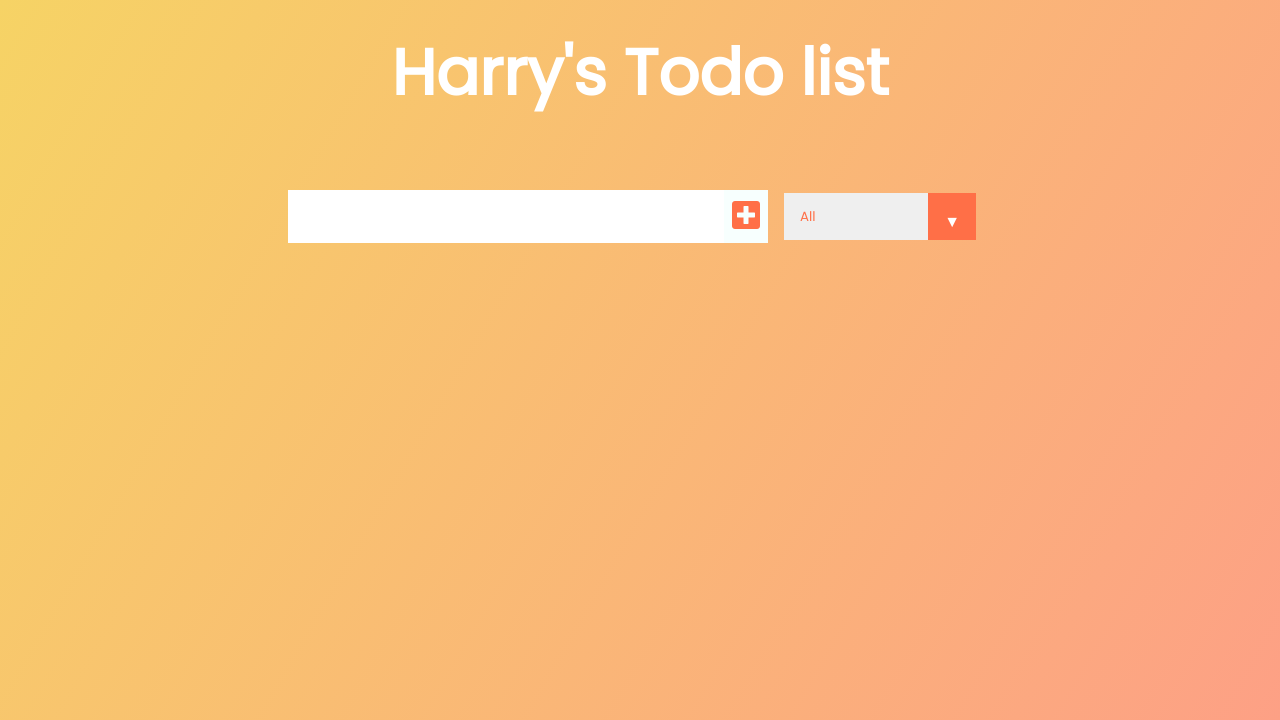
Repository: qqharry21/react-todo-app-v2
Page: /
These files come from the project's save history. The page is drawn as it stood at one moment and after the next save; the edit follows.
The browser window is 1280 px wide. The pictures show the whole page.
Some web libraries are served in a nearby version. The project was rebuilt for these pictures with package versions that can differ from the ones it lists, and the page was loaded fresh each time. Also part of the build but not shown: src/components/Todo.js.

Above is the page before, as saved 2021-12-20 01:28:21.

### public/index.html
<!-- @format -->

<!DOCTYPE html>
<html lang="en">
  <head>
    <meta charset="utf-8" />
    <link rel="icon" href="%PUBLIC_URL%/favicon.ico" />
    <meta name="viewport" content="width=device-width, initial-scale=1" />
    <meta name="theme-color" content="#000000" />
    <meta name="description" content="React simple todo app project" />
    <link rel="apple-touch-icon" href="%PUBLIC_URL%/logo192.png" />
    <!--
      manifest.json provides metadata used when your web app is installed on a
      user's mobile device or desktop. See https://developers.google.com/web/fundamentals/web-app-manifest/
    -->
    <link rel="manifest" href="%PUBLIC_URL%/manifest.json" />
    <link href="https://fonts.googleapis.com/css?family=Poppins&display=swap" rel="stylesheet" />
    <link
      rel="stylesheet"
      href="https://cdnjs.cloudflare.com/ajax/libs/font-awesome/5.12.1/css/all.min.css"
      integrity="sha256-mmgLkCYLUQbXn0B1SRqzHar6dCnv9oZFPEC1g1cwlkk="
      crossorigin="anonymous"
    />
    <!--
      Notice the use of %PUBLIC_URL% in the tags above.
      It will be replaced with the URL of the `public` folder during the build.
      Only files inside the `public` folder can be referenced from the HTML.

      Unlike "/favicon.ico" or "favicon.ico", "%PUBLIC_URL%/favicon.ico" will
      work correctly both with client-side routing and a non-root public URL.
      Learn how to configure a non-root public URL by running `npm run build`.
    -->
    <title>React todo app</title>
  </head>
  <body>
    <noscript>You need to enable JavaScript to run this app.</noscript>
    <div id="root"></div>
    <!--
      This HTML file is a template.
      If you open it directly in the browser, you will see an empty page.

      You can add webfonts, meta tags, or analytics to this file.
      The build step will place the bundled scripts into the <body> tag.

      To begin the development, run `npm start` or `yarn start`.
      To create a production bundle, use `npm run build` or `yarn build`.
    -->
  </body>
</html>

### src/index.js
/** @format */

import React from 'react';
import ReactDOM from 'react-dom';
import App from './App';

ReactDOM.render(
  <React.StrictMode>
    <App />
  </React.StrictMode>,
  document.getElementById('root')
);

### src/App.js
/** @format */
import React, { useState } from 'react';

import './App.css';
import Form from './components/Form';
import TodoList from './components/TodoList';

function App() {
  const [inputText, setInputText] = useState('');
  const [todoList, setTodoList] = useState([]);
  const [status, setStatus] = useState('all');
  const [filterTodoList, setFilterTodoList] = useState([]);

  const filterHandler = () => {
    switch (status) {
      case 'completed':
        setFilterTodoList(todoList.filter(todo => todo.complete === true));
        break;
      case 'uncompleted':
        setFilterTodoList(todoList.filter(todo => todo.complete === false));
        break;
      default:
        setFilterTodoList(todoList);
        break;
    }
  };
  return (
    <div className='App'>
      <header>
        <h1>Harry's Todo list</h1>
      </header>
      <Form
        inputText={inputText}
        setInputText={setInputText}
        todoList={todoList}
        setTodoList={setTodoList}
        setStatus={setStatus}
        filterHandler={filterHandler}
      />
      <TodoList todoList={todoList} setTodoList={setTodoList} />
    </div>
  );
}

export default App;

### src/App.css
/** @format */

* {
  margin: 0;
  padding: 0;
  box-sizing: border-box;
}
body {
  background-image: linear-gradient(120deg, #f6d365 0%, #fda085 100%);
  color: white;
  font-family: 'Poppins', sans-serif;
  min-height: 100vh;
}
header {
  font-size: 2rem;
}

header,
form {
  min-height: 20vh;
  display: flex;
  justify-content: center;
  align-items: center;
}
form input,
form button {
  padding: 0.5rem;
  font-size: 2rem;
  border: none;
  background: white;
}
form button {
  color: #ff6f47;
  background: #f7fffe;
  cursor: pointer;
  transition: all 0.3s ease;
}
form button:hover {
  background: #ff6f47;
  color: white;
}
.todo-container {
  display: flex;
  justify-content: center;
  align-items: center;
}

.todo-list {
  min-width: 30%;
  list-style: none;
}

.todo {
  margin: 0.5rem;
  background: white;
  font-size: 1.5rem;
  color: black;
  display: flex;
  justify-content: space-between;
  align-items: center;
  transition: all 1s ease;
}
.filter-todo {
  padding: 1rem;
}
.todo li {
  flex: 1;
}

.trash-btn,
.complete-btn {
  background: #ff6f47;
  color: white;
  border: none;
  padding: 1rem;
  cursor: pointer;
  font-size: 1rem;
}
.complete-btn {
  background: rgb(11, 212, 162);
}
.todo-item {
  padding: 0rem 0.5rem;
}

.fa-trash,
.fa-check {
  pointer-events: none;
}

.fall {
  transform: translateY(10rem) rotateZ(20deg);
  opacity: 0;
}

.completed {
  text-decoration: line-through;
  opacity: 0.5;
}

/*CUSTOM SELECTOR */
select {
  -webkit-appearance: none;
  -moz-appearance: none;
  -ms-appearance: none;
  appearance: none;
  outline: 0;
  box-shadow: none;
  border: 0 !important;
  background-image: none;
}

/* Custom Select */
.select {
  margin: 1rem;
  position: relative;
  overflow: hidden;
}
select {
  color: #ff6f47;
  font-family: 'Poppins', sans-serif;
  cursor: pointer;
  width: 12rem;
}
/* Arrow */
.select::after {
  content: '\25BC';
  position: absolute;
  top: 0;
  right: 0;
  padding: 1rem;
  background: #ff6f47;
  cursor: pointer;
  pointer-events: none;
}
/* Transition */
/*
.select:hover::after {
  transform: scale(1.5);
}
*/

### src/components/Form.js
/** @format */

import React from 'react';

const Form = ({ inputText, setInputText, todoList, setTodoList, setStatus }) => {
  const inputHandler = e => {
    setInputText(e.target.value);
  };

  const submitHandler = e => {
    e.preventDefault();
    setTodoList(prevTodo => [
      ...prevTodo,
      {
        text: inputText,
        complete: false,
        id: Math.random() * 1000,
      },
    ]);
    setInputText('');
  };
  const statusHandler = e => {
    setStatus(e.target.value);
  };
  return (
    <form>
      <input type='text' className='todo-input' onChange={inputHandler} value={inputText} />
      <button className='todo-button' type='submit' onClick={submitHandler}>
        <i className='fas fa-plus-square'></i>
      </button>
      <div className='select'>
        <select name='todos' className='filter-todo' onChange={statusHandler}>
          <option value='all'>All</option>
          <option value='completed'>Completed</option>
          <option value='uncompleted'>Uncompleted</option>
        </select>
      </div>
    </form>
  );
};

export default Form;

### src/components/TodoList.js
/** @format */

import React from 'react';
import Todo from './Todo';

const TodoList = ({ todoList, setTodoList }) => {
  return (
    <div className='todo-container'>
      <ul className='todo-list'>
        {todoList.map(todo => {
          return <Todo key={todo.id} todo={todo} setTodoList={setTodoList} todoList={todoList} />;
        })}
      </ul>
    </div>
  );
};

export default TodoList;

After the next save:
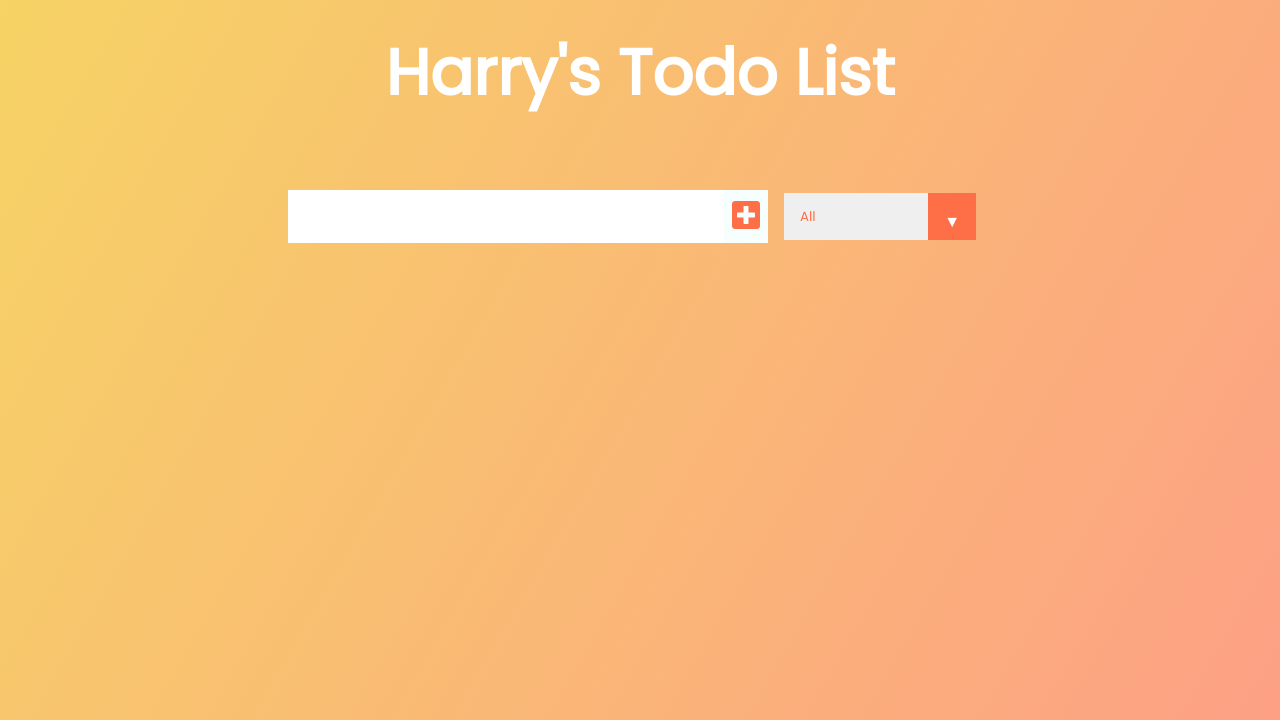
Saved 32 s later.
--- a/src/App.js
+++ b/src/App.js
@@ -27,7 +27,7 @@ function App() {
   return (
     <div className='App'>
       <header>
-        <h1>Harry's Todo list</h1>
+        <h1>Harry's Todo List</h1>
       </header>
       <Form
         inputText={inputText}
